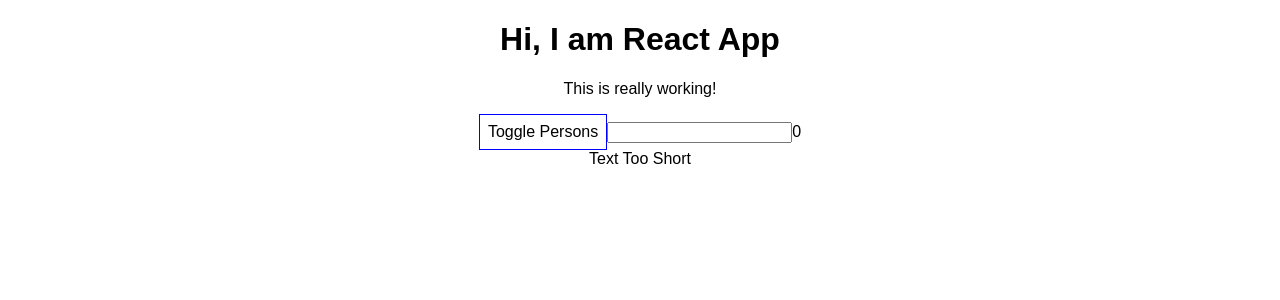
Repository: AbdulMutaal/React-Complete-Guide
Page: /
The author's editor kept a copy of each file at every save. The page is drawn from the files as they stood at one save, then again after the next save.
The browser window is 1280 px wide. The pictures show the whole page.
The project was rebuilt for these pictures with package versions that can differ from the ones it lists, and the page was loaded fresh each time. Also part of the build but not shown: src/Person/Person.js, src/CharComponent/CharComponent.js.

Above is the page before, as saved 2021-11-29 18:55:44.

### src/App.js
import React, { Component } from 'react';
import './App.css';
import Person from './Person/Person';
import Validation from './ValidationComponent/ValidationComponent';
import CharComponent from './CharComponent/CharComponent';


class App extends Component {
  state = {
    persons: [
      { id: 1, name: 'Max', age: 28},
      { id: 2, name: 'Manu', age: 29},
      { id: 3, name: 'Stephanie', age: 26}
    ],
    othersState: 'some other value',
    personsState: false,
    text: '',
    textLength: 0
  }

  switchNameHandler = () => {
    this.setState( {
      persons: [
        {name: 'Maximilian', age: 28},
        {name: 'Manu', age: 29},
        {name: 'Stephanie', age: 27}
      ]
    });
  };

  nameChangedHandler = (event, id) => {
    let personIndex = this.state.persons.findIndex(p => {
      return p.id === id;
    });

    let person = {
      ...this.state.persons[personIndex]
    };

    person.name = event.target.value;

    let persons = [...this.state.persons];

    persons[personIndex] = person;

    this.setState({persons: persons});
  }

  togglePersons = () => {
    let tempPersonsState = this.state.personsState;
    this.setState({personsState: !tempPersonsState});
  }

  deletePerson = (personIndex) => {
    let person = [...this.state.persons];
    person.splice(personIndex, 1);

    this.setState({persons: person});
  }

  textChangedHandler = (e) => {
    let textLength = e.target.value.length;

    this.setState({text: e.target.value});
    this.setState({textLength: textLength});
  }

  render () {
    const style = {
      backgroundColor: 'white',
      font: 'inherit',
      border: '1px solid blue',
      padding: '8px',
      cursor: 'pointer'
    };

    let person = null;

    if (this.state.personsState) {
      person = (
        <div>
          {this.state.persons.map((person, index) => {
          return <Person
            click={() => this.deletePerson(index)}
            name={person.name}
            age={person.age}
            key={person.id}
            changed={(event) => this.nameChangedHandler(event, person.id)}/>
        })}
        </div>

      );
    }

    return (
      <div className="App">
        <h1>Hi, I am React App</h1>
        <p>This is really working!</p>
        <button
          style={style}
          onClick={this.togglePersons}>
            Toggle Persons
          </button>
        { this.state.personsState ?
          person : null}
        <input type='text' onChange={(e) => this.textChangedHandler(e)} value={this.state.text} />
        {this.state.textLength}

        <Validation textLength={this.state.textLength} />
      </div>
    );
  }
}

export default App;

### src/ValidationComponent/ValidationComponent.js
import React from 'react';

const Validation = props => {
    let textMsg = 'Text Too Short';

    if (props.textLength > 5) {
        textMsg = 'Text long enough';
    }

    return(
        <div>
            {textMsg}
        </div>
    );
}

export default Validation;

Loaded but not shown: public/index.html (common file); src/index.js (common file); src/index.css (common file); src/registerServiceWorker.js (common file); src/App.css (common file)

After the next save:
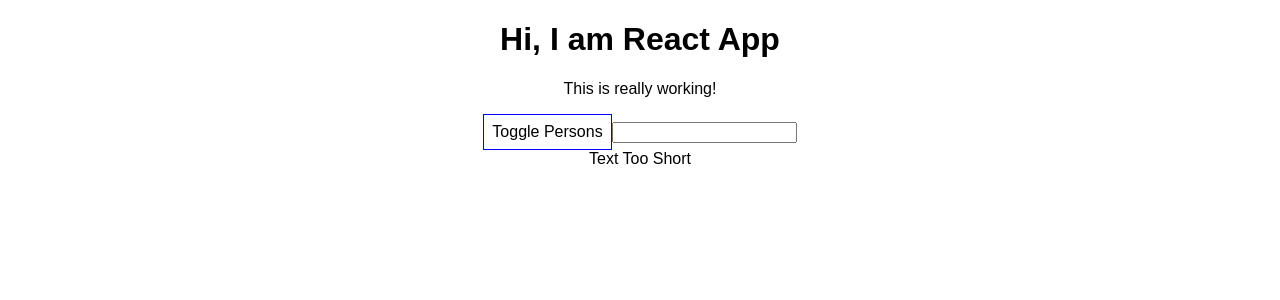
Saved 64 s later.
--- a/src/App.js
+++ b/src/App.js
@@ -14,8 +14,8 @@ class App extends Component {
     ],
     othersState: 'some other value',
     personsState: false,
-    text: '',
-    textLength: 0
+    text: null,
+    textLength: null
   }
 
   switchNameHandler = () => {
@@ -92,6 +92,12 @@ class App extends Component {
       );
     }
 
+    let charComponent = null;
+
+    if (this.state.text) {
+
+    }
+
     return (
       <div className="App">
         <h1>Hi, I am React App</h1>
